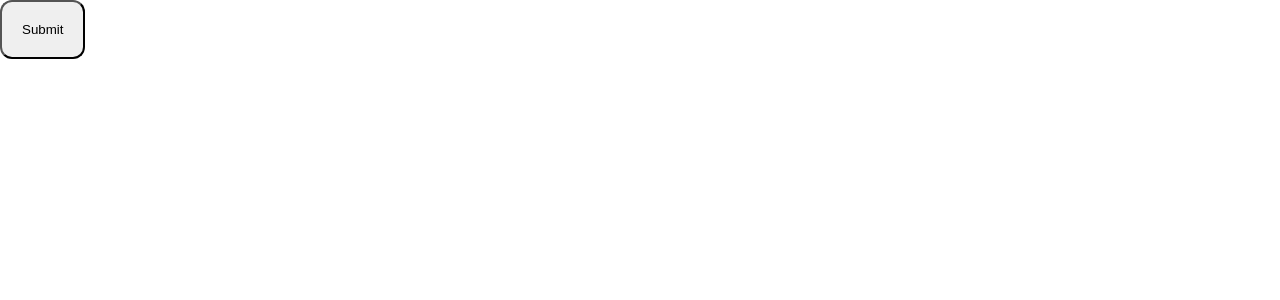
Repository: cakuang1/kanyequotes
Page: /
An editor plug-in stored every save of this project. The page is shown before and after a run of saves, followed by the edit.
The browser window is 1280 px wide. The pictures show the whole page.
The page's requests for data from a server got no answer. The project was rebuilt for these pictures with package versions that can differ from the ones it lists, and the page was loaded fresh each time. No one was signed in, and anything a server would have sent is missing.

Above is the page before, as saved 2022-07-17 19:40:10.

### src/index.css
* {
    box-sizing: border-box;
    margin: 0;
    padding: 0;


}


.container {
    background-image: linear-gradient(red, yellow);
    background-color: rgb(201, 76, 76);

}

button {
    border-radius: 12px;
    padding: 20px;



}

### src/App.js
import axios from 'axios';
import React,{useState} from 'react';

const url = 'https://api.kanye.rest'







function Button() {
  function handleSubmit(event) {
    event.preventDefault();
    axios.get(url).then(
      (response) => {
          var result = response.data;
          console.log(result);

      },
      (error) => {
          console.log(error);
      }
  );
}
  return (
    <form onSubmit={handleSubmit}>
    <button type="submit">Submit</button>
    </form>
);
}


function Text(prop) {
  <div className='text'>
      {prop.text}
  </div>
}





function App() {

  const [text,setText] = useState("");
  axios.get(url)

  return (
    <>
      <Text/>
      <Button/>
    </>
  )
}


export default App;

Loaded but not shown: public/index.html (common file); src/index.js (common file)

After the next 3 saves:
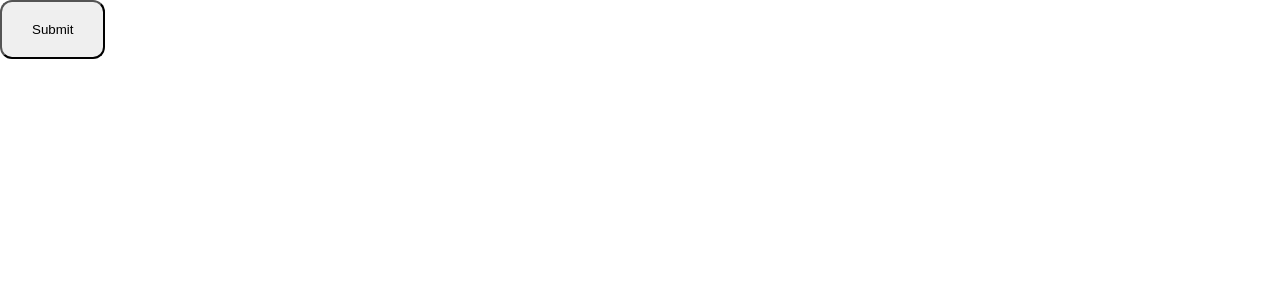
The 3 saves are shown as one change because they came seconds apart.
The last was saved 16 s later.
--- a/src/index.css
+++ b/src/index.css
@@ -15,7 +15,7 @@
 
 button {
     border-radius: 12px;
-    padding: 20px;
+    padding: 20px 30px;
 
 
 
